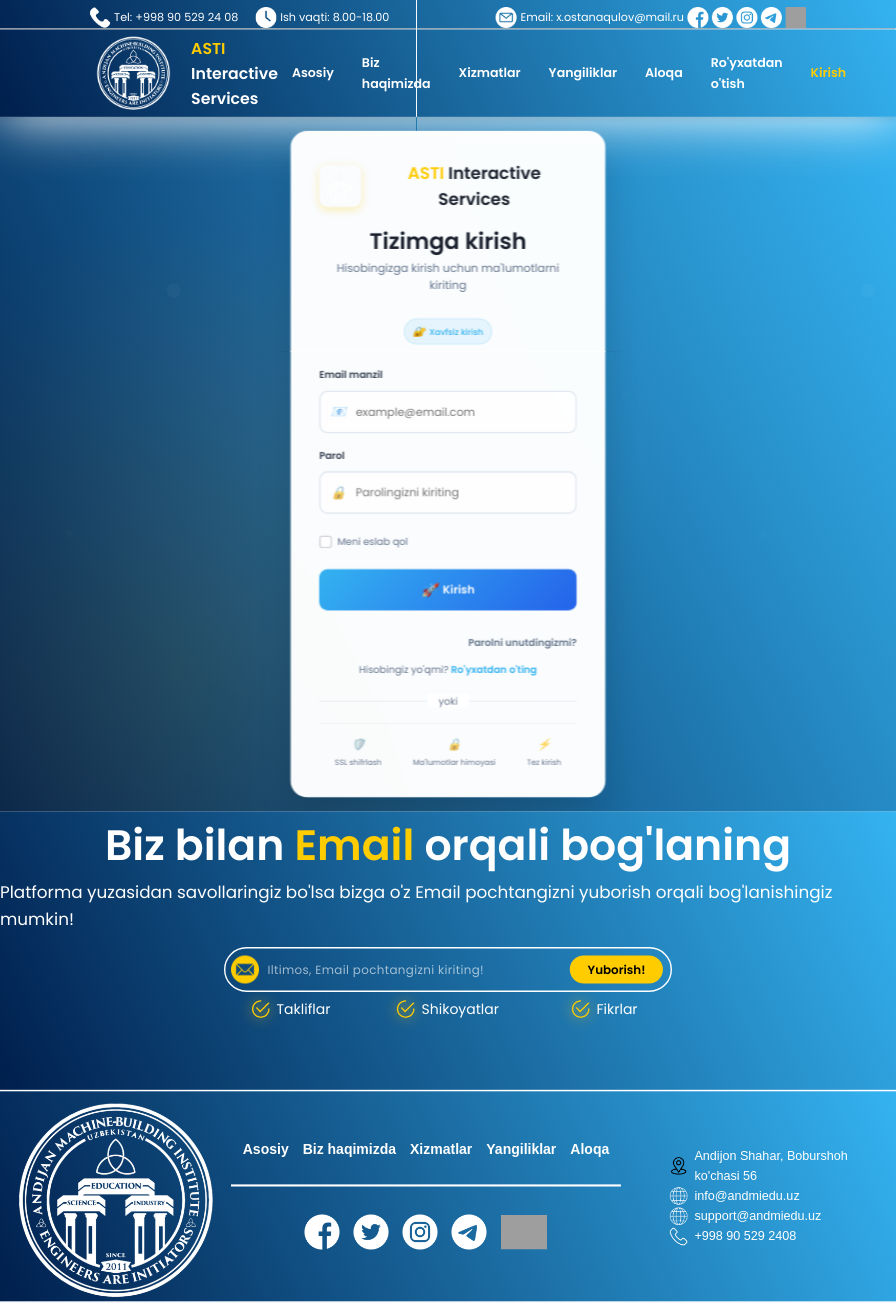
Repository: diyorbe-beep/University-Web-Site-in-React
Page: /login
These files come from the project's save history. The page is drawn as it stood at one moment and after the next save; the edit follows.
The browser window is 1280 px wide. The pictures show the whole page, at 70% of full size.
Pictures or frames that could not be fetched are drawn as grey boxes. The project was rebuilt for these pictures with package versions that can differ from the ones it lists, and the page was loaded fresh each time. Also part of the build but not shown: vite.config.js, src/Components/Hero/Hero.jsx, src/Pages/Home/Home.jsx, src/Components/Notifications/Notifications.css, src/Components/Notifications/Notifications.jsx, src/Components/Hero/HeroAbout.jsx, src/Pages/About/About.jsx, src/Components/Hero/HeroContact.jsx and 20 more.

Above is the page before, as saved 2025-09-25 17:30:59.

### index.html
<!DOCTYPE html>
<html lang="en">
<head>
    <meta charset="UTF-8">
    <meta name="viewport" content="width=device-width, initial-scale=1.0">
    <meta name="keywords" content="news, services, AndMI, Uzbekistan, best web sites, logo, university, institute, Andijan, Web site, Andijan, Andijon, Web site, Andijan Machine-Building Institute, Web design, Web development, Andijan University, Formal Web site, Business Web site, Andijan Web site">
    <meta name="description" content="Explore modern interactive services offered by Andijan Machine-Building Institute. Stay updated with the latest innovations and features of AndMI.">
    <meta http-equiv="X-UA-Compatible" content="IE=edge">
    <link rel="canonical" href="https://andmi.uz/interaktiv-xizmatlar">


    <link rel="icon" href="/Images/Logo_oq 2.png" alt="Andijan Machine-Building Institute Logo">


    <script type="application/ld+json">
    {
      "@context": "https://schema.org",
      "@type": "WebSite",
      "name": "Andijan Machine-Building Institute",
      "url": "https://andmi.uz",
      "potentialAction": {
        "@type": "SearchAction",
        "target": "https://andmi.uz/search?q={search_term_string}",
        "query-input": "required name=search_term_string"
      }
    }
    </script>


    <title>Interactive Services at Andijan Machine-Building Institute | AndMI</title>


    <link href="https://fonts.googleapis.com/css2?family=Poppins:wght@300;400;500;600&display=swap" rel="stylesheet">


    <meta http-equiv="Content-Type" content="text/html;charset=UTF-8">


    <meta property="og:title" content="Interactive Services at Andijan Machine-Building Institute">
    <meta property="og:description" content="Explore modern interactive services offered by Andijan Machine-Building Institute. Stay updated with the latest innovations and features of AndMI.">
    <meta property="og:image" content="https://andmi.uz/public/Images/Logo_oq 2.png">
    <meta property="og:url" content="https://andmi.uz/interaktiv-xizmatlar">
    <meta property="og:type" content="website">


    <meta name="twitter:card" content="summary_large_image">
    <meta name="twitter:title" content="Interactive Services at Andijan Machine-Building Institute">
    <meta name="twitter:description" content="Explore modern interactive services offered by Andijan Machine-Building Institute. Stay updated with the latest innovations and features of AndMI.">
    <meta name="twitter:image" content="https://andmi.uz/public/Images/Logo_oq 2.png">
    <meta name="twitter:site" content="@AndMI">

</head>
<body>
    <div id="root"></div>


    <script type="module" src="/src/main.jsx"></script>
</body>
</html>

### src/App.jsx
import { BrowserRouter as Router, Route, Routes } from 'react-router-dom';
import './App.css';
import Home from './Pages/Home/Home';
import Header from './Components/Header/Header';
import About from './Pages/About/About';
import Contact from './Pages/Contact/Contact';
import Services from './Pages/Services/Services';
import News from './Pages/News/News';
import Footer from './Components/Footer/Footer';
import BBB from './Components/BizBilanBog\'laning/BBB';
import GoogleMapComponent from './Components/GoogleMap/GoogleMap';
import Admin from './Pages/Admin';
import Register from './Pages/Register';
import Login from './Pages/Login';
import Profile from './Pages/Profile';

function App() {
  return (
    <Router>
      <div className="App">
        <Header />
        <Routes>
          <Route path="/" element={<Home />} />
          <Route path="/about" element={<About />} />
          <Route path="/services" element={<Services />} />
          <Route path="/news" element={<News />} />
          <Route path="/contact" element={<Contact />} />
          <Route path="/admin" element={<Admin />} />
          <Route path="/register" element={<Register />} />
          <Route path="/login" element={<Login />} />
          <Route path="/profile" element={<Profile />} />
        </Routes>
        <BBB />
        <Footer />
      </div>
    </Router>
  );
}

export default App;

### src/index.css
* {
  margin: 0;
  padding: 0;
  box-sizing: border-box;
}

body {
  font-family: 'Poppins', -apple-system, BlinkMacSystemFont, 'Segoe UI', 'Roboto', 'Oxygen',
    'Ubuntu', 'Cantarell', 'Fira Sans', 'Droid Sans', 'Helvetica Neue',
    sans-serif;
  -webkit-font-smoothing: antialiased;
  -moz-osx-font-smoothing: grayscale;
  background-color: #f8fafc;
  color: #1a202c;
  line-height: 1.6;
}

code {
  font-family: source-code-pro, Menlo, Monaco, Consolas, 'Courier New',
    monospace;
}

/* Smooth scrolling */
html {
  scroll-behavior: smooth;
}

/* Remove default button styles */
button {
  font-family: inherit;
}

/* Remove default input styles */
input, textarea {
  font-family: inherit;
}

/* Link styles */
a {
  color: inherit;
  text-decoration: none;
}

/* Focus styles for accessibility */
*:focus {
  outline: 2px solid #34b3f1;
  outline-offset: 2px;
}

/* Custom scrollbar */
::-webkit-scrollbar {
  width: 8px;
}

::-webkit-scrollbar-track {
  background: #f1f5f9;
}

::-webkit-scrollbar-thumb {
  background: #cbd5e1;
  border-radius: 4px;
}

::-webkit-scrollbar-thumb:hover {
  background: #94a3b8;
}

### src/App.css
#root {
  max-width: 100vw;
  margin: 0 auto;
}

### src/Components/BizBilanBog'laning/BBB.jsx
import React from 'react';
import { useState } from 'react';
import './BBB.css';

function BBB() {
  const [message, setMessage] = useState('');

  const sendMessage = async () => {
    const botToken = '7880432469:AAEadDHofYPBSVS08rv-qRf7MF-VDVeiOiI';
    const chatId = '1068969623';
    const url = `https://api.telegram.org/bot${botToken}/sendMessage`;

    try {
      await fetch(url, {
        method: 'POST',
        headers: {
          'Content-Type': 'application/json',
        },
        body: JSON.stringify({
          chat_id: chatId,
          text: message,
        }),
      });
      setMessage('');
    } catch (error) {
      console.error('Error sending message:', error);
    }
  };

  const handleSubmit = (e) => {
    e.preventDefault();
    sendMessage();
  };

  return (
    <div className='BBBContainer'>
      <h1>Biz bilan <span>Email</span> orqali bog'laning</h1>
      <p>Platforma yuzasidan savollaringiz bo'lsa bizga o'z Email pochtangizni yuborish orqali bog'lanishingiz mumkin!</p>
      <div className='InputImg'>
        <form onSubmit={handleSubmit}>
          <input
            type='text'
            value={message}
            onChange={(e) => setMessage(e.target.value)}
            placeholder='Iltimos, Email pochtangizni kiriting!'
          />
          <img src="/Webp Images/EmailGold.webp" alt="Email" />
          <button type='submit'>Yuborish!</button>
        </form>
      </div>
      <div className='Checked'>
        <div className='FirstChecked'>
          <img src="/Webp Images/CheckedGold.webp" alt="Checked" />
          <span>Takliflar</span>
        </div>
        <div className='SecondChecked'>
          <img src="/Webp Images/CheckedGold.webp" alt="Checked" />
          <span>Shikoyatlar</span>
        </div>
        <div className='ThirdChecked'>
          <img src="/Webp Images/CheckedGold.webp" alt="Checked" />
          <span>Fikrlar</span>
        </div>
      </div>
    </div>
  );
}

export default BBB;

### src/Pages/Login.jsx
import React from 'react';
import { API_BASE } from '../config';
import './Auth.css';
import { Link, useNavigate } from 'react-router-dom';
import { requestJson } from '../lib/api';

export default function Login() {
  const [email, setEmail] = React.useState('');
  const [password, setPassword] = React.useState('');
  const [error, setError] = React.useState('');
  const [success, setSuccess] = React.useState('');
  const [loading, setLoading] = React.useState(false);
  const [rememberMe, setRememberMe] = React.useState(false);
  const [emailError, setEmailError] = React.useState('');
  const [passwordError, setPasswordError] = React.useState('');
  const navigate = useNavigate();

  // Email validation
  const validateEmail = (email) => {
    const emailRegex = /^[^\s@]+@[^\s@]+\.[^\s@]+$/;
    return emailRegex.test(email);
  };

  // Handle email change
  const handleEmailChange = (e) => {
    const value = e.target.value;
    setEmail(value);
    if (value && !validateEmail(value)) {
      setEmailError('Email formati noto\'g\'ri');
    } else {
      setEmailError('');
    }
  };

  // Handle password change
  const handlePasswordChange = (e) => {
    const value = e.target.value;
    setPassword(value);
    if (value && value.length < 3) {
      setPasswordError('Parol juda qisqa');
    } else {
      setPasswordError('');
    }
  };

  async function login(e) {
    e.preventDefault();
    setError('');
    setSuccess('');
    setLoading(true);

    const eMail = (email || '').trim().toLowerCase();
    const pass = (password || '').trim();

    if (!eMail || !pass) {
      setError('Email va parol kiritish majburiy');
      setLoading(false);
      return;
    }

    try {
      // Admin shortcut
      if (eMail === 'admin@local') {
        const { ok, data, status } = await requestJson(`${API_BASE}/api/auth/admin-login`, {
          method: 'POST', headers: { 'Content-Type': 'application/json' }, body: JSON.stringify({ email: eMail, password: pass })
        });
        if (!ok) {
          setError(data?.error || `Admin login xatosi (kod: ${status})`);
          setLoading(false);
          return;
        }
        try { localStorage.setItem('token', data.token); localStorage.setItem('isAdmin', 'true'); } catch {}
        setSuccess('Muvaffaqiyatli kirish! Admin panelga yo\'naltirilmoqda...');
        setTimeout(() => navigate('/admin'), 1500);
        return;
      }

      // Normal user login
      const { ok, data, status } = await requestJson(`${API_BASE}/api/auth/login`, {
        method: 'POST',
        headers: { 'Content-Type': 'application/json' },
        body: JSON.stringify({ email: eMail, password: pass })
      });
      if (!ok) {
        const msg = data?.error || data?.message || `Xatolik (kod: ${status})`;
        setError(msg);
        setLoading(false);
        return;
      }
      try { localStorage.setItem('token', data.token); localStorage.removeItem('isAdmin'); } catch {}
      setSuccess('Muvaffaqiyatli kirish! Profil sahifasiga yo\'naltirilmoqda...');
      setTimeout(() => navigate('/profile'), 1500);
    } catch (err) {
      setError('Tarmoq xatosi. Qaytadan urinib ko\'ring.');
      setLoading(false);
    }
  }

  return (
    <div className="auth-wrapper">
      <div className="auth-card login-card">
        <div className="auth-header">
          <div className="auth-logo">
            <img src="/Images/White Logo.png" alt="ASTI Logo" className="auth-logo-img" />
            <h1><span>ASTI</span> Interactive Services</h1>
          </div>
          <h2 className="auth-title">Tizimga kirish</h2>
          <p className="auth-subtitle">Hisobingizga kirish uchun ma'lumotlarni kiriting</p>
          <div className="security-badge">
            <i>🔐</i>
            <span>Xavfsiz kirish</span>
          </div>
        </div>

        {error && <div className="auth-msg error">
          <i className="error-icon">⚠️</i>
          {error}
        </div>}
        {success && <div className="auth-msg success">
          <i className="success-icon">✅</i>
          {success}
        </div>}

        <form onSubmit={login} className="auth-form">
          <div className="input-group">
            <label htmlFor="email" className="input-label">Email manzil</label>
            <div className="input-wrapper">
              <i className="input-icon">📧</i>
              <input
                id="email"
                type="email"
                className={`auth-input ${emailError ? 'error' : ''}`}
                placeholder="example@email.com"
                value={email}
                onChange={handleEmailChange}
                disabled={loading}
                required
              />
              {email && !emailError && (
                <i className="validation-icon success">✓</i>
              )}
            </div>
            {emailError && <span className="field-error">{emailError}</span>}
          </div>

          <div className="input-group">
            <label htmlFor="password" className="input-label">Parol</label>
            <div className="input-wrapper">
              <i className="input-icon">🔒</i>
              <input
                id="password"
                type="password"
                className={`auth-input ${passwordError ? 'error' : ''}`}
                placeholder="Parolingizni kiriting"
                value={password}
                onChange={handlePasswordChange}
                disabled={loading}
                required
              />
              {password && !passwordError && (
                <i className="validation-icon success">✓</i>
              )}
            </div>
            {passwordError && <span className="field-error">{passwordError}</span>}
          </div>

          <div className="checkbox-group">
            <label className="checkbox-label">
              <input
                type="checkbox"
                className="checkbox-input"
                checked={rememberMe}
                onChange={(e) => setRememberMe(e.target.checked)}
              />
              <span className="checkbox-custom"></span>
              Meni eslab qol
            </label>
          </div>

          <button
            type="submit"
            className={`auth-button login-button ${loading ? 'loading' : ''}`}
            disabled={loading}
          >
            {loading ? (
              <>
                <span className="spinner"></span>
                Kirilmoqda...
              </>
            ) : (
              <>
                <i className="button-icon">🚀</i>
                Kirish
              </>
            )}
          </button>
        </form>

        <div className="auth-footer">
          <div className="forgot-password">
            <a href="#" className="auth-link forgot-link">Parolni unutdingizmi?</a>
          </div>
          <p className="auth-text">
            Hisobingiz yo'qmi?
            <Link to="/register" className="auth-link"> Ro'yxatdan o'ting</Link>
          </p>
          <div className="auth-divider">
            <span>yoki</span>
          </div>
          <div className="security-info">
            <div className="security-item">
              <i>🛡️</i>
              <span>SSL shifrlash</span>
            </div>
            <div className="security-item">
              <i>🔒</i>
              <span>Ma'lumotlar himoyasi</span>
            </div>
            <div className="security-item">
              <i>⚡</i>
              <span>Tez kirish</span>
            </div>
          </div>
        </div>
      </div>
    </div>
  );
}

### src/Components/Header/header.css
body {
    font-family: 'Poppins', sans-serif;
    margin: 0;
    padding: 0;
}

.container {
    width: 80%;
    margin: 0 auto;

}
header {
    background: linear-gradient(245deg, #34b3f1, #001f4d);
    color: white;
    box-shadow: 0 4px 8px rgba(0, 0, 0, 0.1);
    position: sticky;
    top: 0;
    z-index: 1000;
    filter: drop-shadow(0px 0px 40px white);

}
nav{
    display: flex;
    justify-content: space-between;
    align-items: center;

}
.logo{
    display: flex;
    justify-content: center;
    align-items: center;
    gap: 20px;
    font-size: 15px;
}

.logo .hiii{
    display: flex;
    align-items: center;
    padding: 10px;
}
.logo span{
    color: #ffcc00;
}
nav ul {
    list-style: none;
    display: flex;
    justify-content: center;
    margin: 0;
    padding: 0;
}

nav ul li {
    margin: 0 20px;
    font-size: 18px;
    display: flex;
    align-items: center;
}

nav ul li a {
    color: white;
    text-decoration: none;
    font-weight: bold;
    transition: color 0.3s;
}

nav ul li a:hover {
    color: #ffcc00;
}
nav ul li a:focus {
    color: #ffcc00;
}

.active_link a{
    color: #ffcc00;
}
hr{
    margin: 0;
}

.logout-btn {
	background: linear-gradient(90deg, #0ea5e9, #2563eb);
	color: #fff;
	border: none;
	padding: 8px 14px;
	border-radius: 8px;
	cursor: pointer;
}

.logout-btn:hover {
	opacity: 0.9;
}

### src/Components/TopFooter/TopHeader.jsx
import React from 'react'
import "./TopHeader.css"

function TopHeader() {
    return (
        <div className='BigContainer'>
            <div className='TopHeaderContainer'>
                <div className='left'>
                    <img src="/Images/Rasmlar/phone-call.png" alt="Phone icon" />
                    <p>Tel: +998 90 529 24 08</p>
                    <img src="/Images/Rasmlar/time.png" alt="Clock icon" />
                    <p>Ish vaqti: 8.00-18.00</p>
                </div>
                <div className='right'>
                    <img src="/Images/Rasmlar/EmailWhite2.png" alt="Email icon" />
                    <p>Email: x.ostanaqulov@mail.ru</p>
                    <a href="https://www.facebook.com/andmiedu?__tn__=-UC*F" target='_blank' rel="noopener noreferrer">
                        <img src="/Images/Rasmlar/FacebookWhite.png" alt="Facebook logo" />
                    </a>
                    <a href="" target='_blank' rel="noopener noreferrer">
                        <img src="/Images/Rasmlar/TwitterWhite.png" alt="Twitter logo" />
                    </a>
                    <a href="" target='_blank' rel="noopener noreferrer">
                        <img src="/Images/Rasmlar/InstagramWhite.png" alt="Instagram logo" />
                    </a>
                    <a href="https://t.me/Andmiedu1" target='_blank' rel="noopener noreferrer">
                        <img src="/Images/Rasmlar/TelegramWhite.png" alt="Telegram logo" />
                    </a>
                    <a href="https://www.youtube.com/@andmieduuz" target='_blank' rel="noopener noreferrer">
                        <img src="/Images/Rasmlar/YouTubeWhite.png" alt="YouTube logo" />
                    </a>
                </div>
            </div>
        </div>
    )
}

export default TopHeader

### src/Components/Footer/footer.css

.footer-container{
    width: 100%;
    height: 300px;
    background: linear-gradient(245deg, #34b3f1, #001f4d);
    display: flex;
    align-items: center;
    font-family: 'Poppins', sans-serif;
}
.footer-container .logo{
    width: 25%;
    height: 100%;
    display: flex;
    align-items: center;
    justify-content: center;
    padding-left: 20px;
}
.footer-container .logo img{
    width: 280px;
    height: auto;
    margin-top: 7%;
}
.footer-container .links{
    width: 45%;
    height: 100%;
    display: flex;
    flex-direction: column;
    justify-content: center;
    align-items: center;
}
.footer-container .links .top{
    display: flex;
    justify-content: center;
    align-items: center;
    border-bottom: 3px solid white;

    width: 100%;
}
.top ul li{
    list-style: none;

}
.top ul li a{
    text-decoration: none;
    color: white;
    font-size: 20px;
    font-family: sans-serif;

    transition: .3s;
}
.top ul li a:hover{
    color: #ffcc00;
}
.footer-container{
    display: flex;
    justify-content: center;
    align-items: center;
    padding-left: 0;
    gap: 20px;

}
.footer-container .links .bottom{
    margin-top: 30px;
    gap: 20px;
    display: flex;
    justify-content: center;
    align-items: center;
}
.bottom img{
    width: auto;
    height: 50px;
    transform: scale(1);
    transition: .2s;
}
.bottom img:hover{
    transform: scale(1.1);
    filter: drop-shadow(0px 0px 15px white);
}


.contactInfos{
    width: 30%;
    height: 100%;
    display: flex;
    justify-content: center;
    flex-direction: column;
    padding-left: 50px;
}
.contactInfos img{
    width: 25px;
    height: auto;
}
.rows{
    display: flex;
    justify-content: start;
    align-items: center;
    gap: 10px;
    font-size: 18px;
    font-family: sans-serif;
    color: white;
}

### src/Components/TopFooter/TopHeader.css
.BigContainer{
    width: 100%;
    height: 40px;
    display: flex;
    justify-content: center;
    padding: 5px 0px;
}
.TopHeaderContainer{
    width: 80%;
    height: 40px;
    display: flex;
    justify-content: space-between;
    align-items: center;
    position: fixed;

}
.TopHeaderContainer .left{
    width: 50%;
    height: 40px;
    display: flex;
    align-items: center;
    gap: 5px;
}
.TopHeaderContainer .left img{
    width: 30px;
    height: 30px;
}
.TopHeaderContainer .left p{
    color: white;
    margin-right: 20px;
}
.TopHeaderContainer .right{
    width: 50%;
    height: 40px;
    display: flex;
    align-items: center;
    gap: 5px;
    justify-content: end;
}
.TopHeaderContainer .right a{
    display: flex;
    align-items: center;
}
.TopHeaderContainer .right a:hover{
    transform: perspective();
}
.TopHeaderContainer .right img{
    width: 30px;
    height: 30px;
}
.TopHeaderContainer .right p{
    color: white;
}

Loaded but not shown: src/main.jsx (common file); src/lib/api.js (33 lines, source omitted); src/config.js (1 lines, source omitted); src/Pages/Auth.css (697 lines, source omitted); src/Pages/Home/Home.css (542 lines, source omitted); src/Components/Hero/hero.css (323 lines, source omitted); src/Components/Header/Header.jsx (176 lines, source omitted); src/Components/Footer/Footer.jsx (67 lines, source omitted); src/Components/BizBilanBog'laning/BBB.css (124 lines, source omitted)

After the next save:
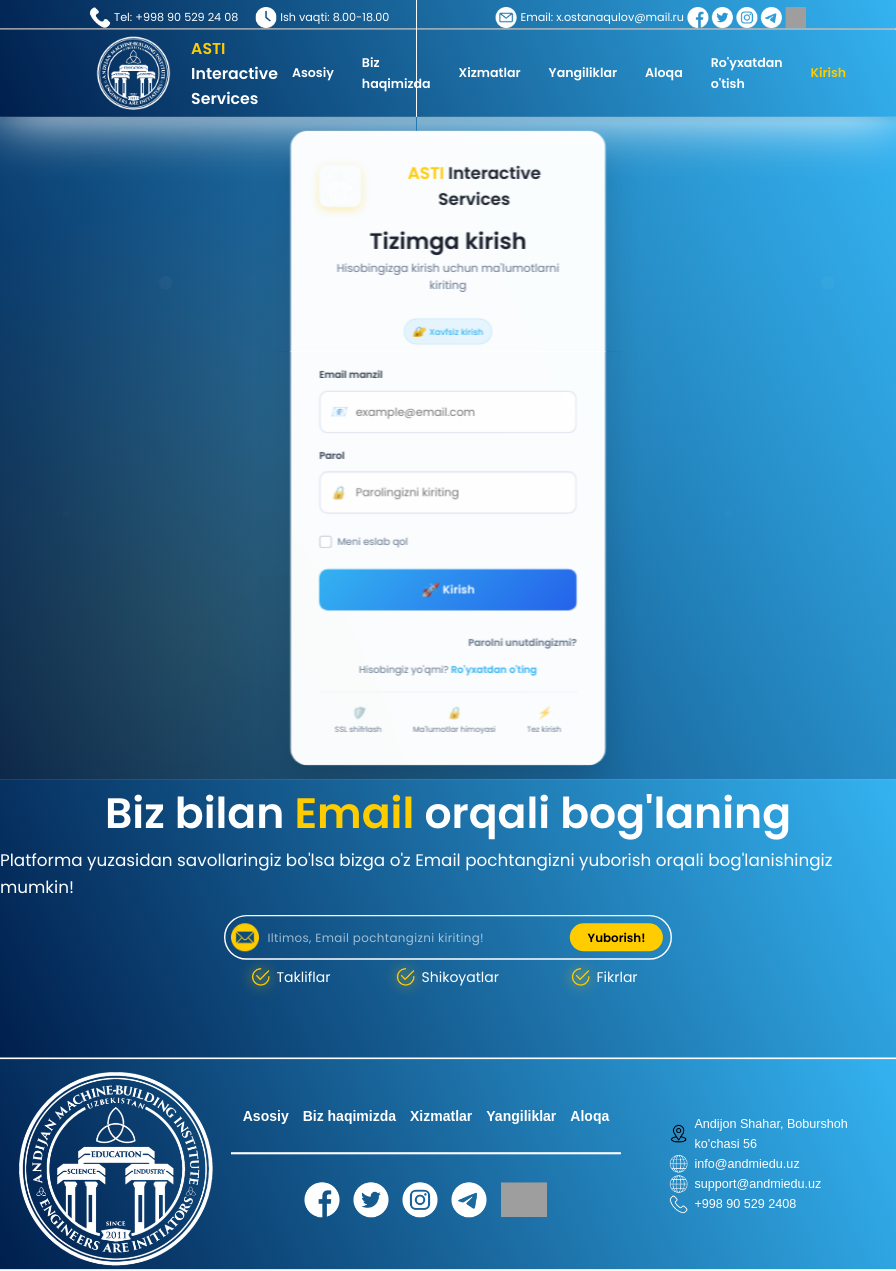
Saved 8 s later.
--- a/src/Pages/Login.jsx
+++ b/src/Pages/Login.jsx
@@ -204,9 +204,6 @@
             Hisobingiz yo'qmi?
             <Link to="/register" className="auth-link"> Ro'yxatdan o'ting</Link>
           </p>
-          <div className="auth-divider">
-            <span>yoki</span>
-          </div>
           <div className="security-info">
             <div className="security-item">
               <i>🛡️</i>
